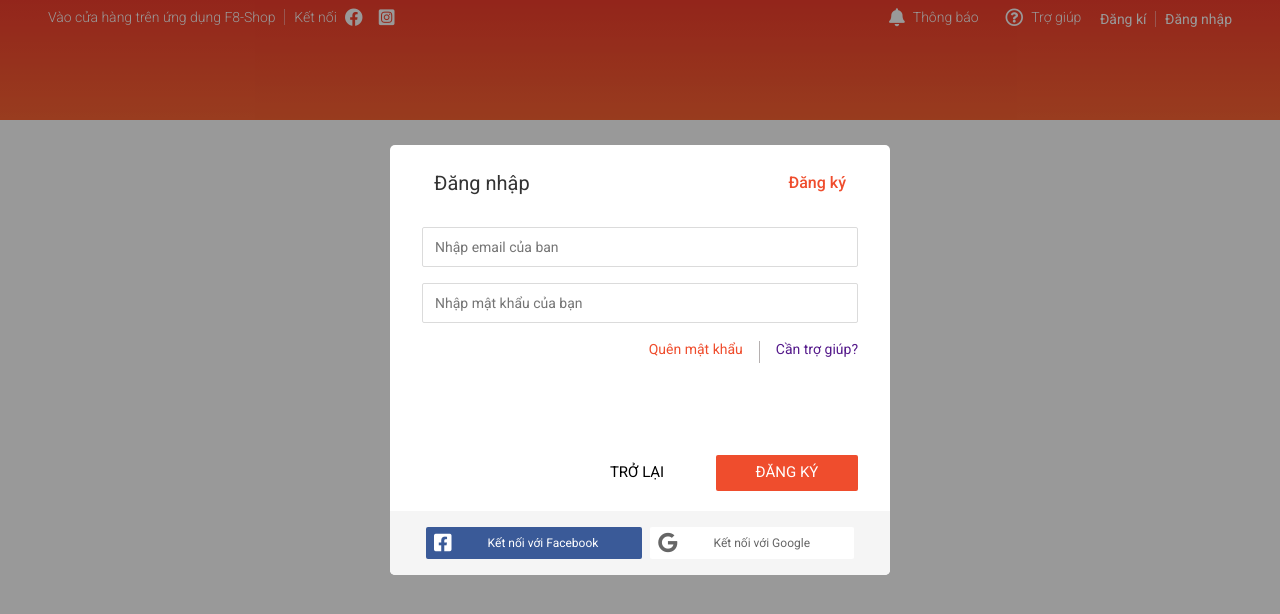
Repository: Phunobita/F8-shop
Page: index.html
These files come from the project's save history. The page is drawn as it stood at one moment and after the next save; the edit follows.
The browser window is 1280 px wide. The pictures show the whole page.

Above is the page before, as saved 2021-11-24 20:53:02.

### index.html
<!DOCTYPE html>
<html lang="en">

<head>
    <meta charset="UTF-8">
    <meta http-equiv="X-UA-Compatible" content="IE=edge">
    <meta name="viewport" content="width=device-width, initial-scale=1.0">
    <link rel="stylesheet" href="https://cdnjs.cloudflare.com/ajax/libs/normalize/8.0.1/normalize.min.css">
    <link rel="stylesheet" href="./assets/css/main.css">
    <link rel="stylesheet" href="./assets/css/base.css">
    <link rel="stylesheet" href="./assets/fonts/fontawesome-free-5.15.4/css/all.min.css">
    <link href="https://fonts.googleapis.com/css2?family=Roboto:wght@300;400;500;700&display=swap" rel="stylesheet">
    <title>F8_Shop</title>
</head>

<body>
    <div class="app">
        <header class="header">
            <div class="grid">
                <nav class="header_navbar">
                    <ul class="header_navbar-list">
                        <li class="header_navbar-item header_navbar-item--has-qr header_navbar-item-separate">
                            Vào cửa hàng trên ứng dụng
                            F8-Shop

                            <!--Header QR-->
                            <div class="header_qr">
                                <img src="./assets/img/QR Code.png" alt="QR_Code" class="header_qr-img">
                                <div class="header_qr-apps">
                                    <a href="" class="header_qr-link">
                                        <img src="./assets/img/ggplay.png" alt="ggplay" class="header_qr-doawload-img">
                                    </a>
                                    <a href="" class="header_qr-link">
                                        <img src="./assets/img/appstore.png" alt="aapstore"
                                            class="header_qr-doawload-img">
                                    </a>
                                </div>
                            </div>
                        </li>
                        <li class="header_navbar-item">
                            <span class="header_navbar-item-title--no-pointer">Kết
                                nối</span>
                            <a href="" class="header_navbar-icon-link">
                                <i class="header_navbar_icon fab fa-facebook"></i>
                                <a href="" class="header_navbar-icon-link">
                                    <i class="header_navbar_icon fab fa-instagram-square"></i>
                                </a>
                        </li>
                    </ul>

                    <ul class="header_navbar-list">
                        <li class="header_navbar-item header_navbar-item--has-notify">
                            <a href="" class="header_navbar-item-link">
                                <i class="header_navbar_icon fas fa-bell"></i>
                                Thông báo
                            </a>

                            <!--Header Notify-->
                            <div class="header_notify">
                                <header class="header_notify-header">
                                    <h3>Thông báo mới nhận
                                    </h3>
                                </header>
                                <ul class="header_notify-list">
                                    <li class="header_notify-item header_notify-item--viewed">
                                        <a href="" class="header_notify-link">
                                            <img src="https://img.abaha.vn/photos/origin/83-1586781803-myphamohui-lgvina.png"
                                                alt="" class="header_notify-img">
                                            <div class="header_notify-info">
                                                <span class="header_notify-name">Set
                                                    kem mắt
                                                    tái sinh
                                                    Ohui The
                                                    First
                                                    Geniture
                                                    Eye
                                                    Cream
                                                    Edition
                                                    Grand
                                                    Blue</span>
                                                <span class="header_notify-description">The
                                                    First
                                                    Geniture
                                                    Eye
                                                    Cream
                                                    Edition
                                                    Grand
                                                    Blue –
                                                    Biểu
                                                    tượng
                                                    của tình
                                                    yêu vĩnh
                                                    cửu</span>
                                            </div>
                                        </a>
                                    </li>
                                    <li class="header_notify-item ">
                                        <a href="" class="header_notify-link">
                                            <img src="https://img.abaha.vn/photos/origin/83-1586781803-myphamohui-lgvina.png"
                                                alt="" class="header_notify-img">
                                            <div class="header_notify-info">
                                                <span class="header_notify-name">Set
                                                    kem mắt
                                                    tái sinh
                                                    Ohui The
                                                    First
                                                    Geniture
                                                    Eye
                                                    Cream
                                                    Edition
                                                    Grand
                                                    Blue</span>
                                                <span class="header_notify-description">The
                                                    First
                                                    Geniture
                                                    Eye
                                                    Cream
                                                    Edition
                                                    Grand
                                                    Blue –
                                                    Biểu
                                                    tượng
                                                    của tình
                                                    yêu vĩnh
                                                    cửu</span>
                                            </div>
                                        </a>
                                    </li>
                                    <li class="header_notify-item header_notify-item--viewed">
                                        <a href="" class="header_notify-link">
                                            <img src="https://img.abaha.vn/photos/origin/83-1586781803-myphamohui-lgvina.png"
                                                alt="" class="header_notify-img">
                                            <div class="header_notify-info">
                                                <span class="header_notify-name">Set
                                                    kem mắt
                                                    tái sinh
                                                    Ohui The
                                                    First
                                                    Geniture
                                                    Eye
                                                    Cream
                                                    Edition
                                                    Grand
                                                    Blue</span>
                                                <span class="header_notify-description">The
                                                    First
                                                    Geniture
                                                    Eye
                                                    Cream
                                                    Edition
                                                    Grand
                                                    Blue –
                                                    Biểu
                                                    tượng
                                                    của tình
                                                    yêu vĩnh
                                                    cửu</span>
                                            </div>
                                        </a>
                                    </li>
                                </ul>
                                <footer class="header_notify-footer">
                                    <a href="" class="header_notify-footer-btn">Xem
                                        tất cả</a>
                                </footer>
                            </div>
                        </li>
                        <li class="header_navbar-item">
                            <a href="" class="header_navbar-item-link">
                                <i class="header_navbar_icon far fa-question-circle"></i>
                                Trợ giúp</a>
                        </li>
                        <li class="header_navbar-item header_navbar-item--strong header_navbar-item-separate">
                            Đăng kí</li>
                        <li class="header_navbar-item header_navbar-item--strong">
                            Đăng nhập</li>
                    </ul>
                </nav>
            </div>

        </header>

        <!--Container-->
        <div class="container">

        </div>

        <!--Footer-->
        <footer class="footer">

        </footer>
    </div>

    <!--Login and resgister-->
    <div class="modal">
        <div class="modal__overlay"></div>
        <div class="modal__body">
            <!--Resgister form-->
            <!-- <div class="auth-form">
                <div class="auth-form__container">
                    <div class="auth-form__header">
                        <h3 class="auth-form__heading">Đăng ký</h3>
                        <span class="auth-form__switch-btn">Đăng nhập</span>
                    </div>
                    <div class="auth-form__form">
                        <div class="auth-form__group">
                            <input type="text" class="auth-form__input" placeholder="Nhập email của ban">
                        </div>

                        <div class="auth-form__group">
                            <input type="password" class="auth-form__input" placeholder="Nhập mật khẩu của bạn">
                        </div>
                        <div class="auth-form__group">
                            <input type="text" class="auth-form__input" placeholder="Nhập lại mật khẩu của ban">
                        </div>
                    </div>

                    <div class="auth-form__aside">
                        <p class="auth-form__policy-text">
                            Bằng việc đăng kí, bạn đã đồng ý với Shopee về
                            <a href="" class="auth-form__text-link">Điểu khoản và dịch vụ</a> &
                            <a href="" class="auth-form__text-link">Chính sách và bảo mật</a>
                        </p>
                    </div>

                    <div class="auth-form__controls">
                        <button class="btn btn-normal auth-form__controls-back">TRỞ LẠI</button>
                        <button class="btn btn--primary">ĐĂNG KÝ</button>
                    </div>
                </div>

                <div class="auth-form__socials">
                    <a href="" class="auth-form__socials--facebook btn btn-size-s btn--with-icon">
                        <i class="auth-form__socials-icon fab fa-facebook-square"></i>
                        <div class="auth-form__socials-title">
                            Kết nối với Facebook
                        </div>
                    </a>
                    <a href="" class="auth-form__socials--google btn btn-size-s btn--with-icon">
                        <i class="auth-form__socials-icon fab fa-google"></i>
                        <div class="auth-form__socials-title">
                            Kết nối với Google
                        </div>
                    </a>
                </div>

            </div>-->


            <!--Login form-->
            <div class="auth-form">
                <div class="auth-form__container">
                    <div class="auth-form__header">
                        <h3 class="auth-form__heading">Đăng nhập</h3>
                        <span class="auth-form__switch-btn">Đăng ký</span>
                    </div>

                    <div class="auth-form__form">
                        <div class="auth-form__group">
                            <input type="text" class="auth-form__input" placeholder="Nhập email của ban">
                        </div>

                        <div class="auth-form__group">
                            <input type="password" class="auth-form__input" placeholder="Nhập mật khẩu của bạn">
                        </div>
                    </div>

                    <div class="auth-form__aside">
                        <div class="auth-form__help">
                            <a href="" class="auth-form__help-link auth-form__help-forgot">Quên mật khẩu</a>
                            <span class="auth-form__help-sperate"></span>
                            <a href="" class="auth-form__help-link">Cần trợ giúp?</a>
                        </div>
                    </div>

                    <div class="auth-form__controls">
                        <button class="btn btn-normal auth-form__controls-back">TRỞ LẠI</button>
                        <button class="btn btn--primary">ĐĂNG KÝ</button>
                    </div>
                </div>

                <div class="auth-form__socials">
                    <a href="" class="auth-form__socials--facebook btn btn-size-s btn--with-icon">
                        <i class="auth-form__socials-icon fab fa-facebook-square"></i>
                        <div class="auth-form__socials-title">
                            Kết nối với Facebook
                        </div>
                    </a>
                    <a href="" class="auth-form__socials--google btn btn-size-s btn--with-icon">
                        <i class="auth-form__socials-icon fab fa-google"></i>
                        <div class="auth-form__socials-title">
                            Kết nối với Google
                        </div>
                    </a>
                </div>

            </div>

        </div>
    </div>
</body>
</htm

### assets/css/main.css
.header {
  height: 120px;
  background-image: linear-gradient(0, #fe6433, #f53e2d);
}
.header_navbar {
  display: flex;
  justify-content: space-between;
}
.header_navbar-list {
  list-style: none;
  padding-left: 0;
  margin-top: 4px;
}

.header_navbar-item {
  margin: 0 8px;
  position: relative;
  min-height: 26px;
}
.header_navbar-item--has-qr:hover .header_qr {
  display: block;
}
.header_navbar-item--has-notify:hover .header_notify {
  display: block;
}
.header_navbar-item,
.header_navbar-item-link {
  display: inline-block;
  font-size: 1.4rem;
  text-decoration: none;
  color: var(--white-color);
  font-weight: 300;
}

.header_navbar-item,
.header_navbar-item-link,
.header_navbar-icon-link {
  display: inline-flex;
  align-items: center;
}
.header_navbar-item:hover,
.header_navbar-item-link:hover,
.header_navbar-icon-link:hover {
  cursor: pointer;
  color: rgba(255, 255, 255, 0.7);
}
.header_navbar-item--strong {
  font-weight: 400;
}
.header_navbar-item-separate::after {
  content: "";
  display: block;
  position: absolute;
  height: 16px;
  border-left: 1px solid #fd9086;
  right: -9px;
  top: 0;
  top: 50%;
  transform: translateY(-50%);
}

.header_navbar-icon-link {
  color: var(--white-color);
  text-decoration: none;
}

.header_navbar_icon {
  font-size: 1.8rem;
  margin: 0 8px;
}
.header_navbar-item-title--no-pointer {
  cursor: text;
  color: var(--white-color);
}

/*Header QR*/
.header_qr {
  background-color: var(--white-color);
  width: 186px;
  position: absolute;
  left: 0;
  top: 118%;
  padding: 8px;
  border-radius: 2px;
  display: none;
  animation: fadeIn ease-in 0.3s;
}
.header_qr::before {
  content: "";
  position: absolute;
  left: 0;
  top: -16px;
  width: 100%;
  height: 20px;
  display: block;
}
.header_qr-img {
  width: 100%;
}
.header_qr-apps {
  display: flex;
  justify-content: space-between;
}
.header_qr-link:nth-child(1) {
  margin-left: 11px;
}
.header_qr-link:nth-child(2) {
  margin-right: 11px;
}
.header_qr-doawload-img {
  height: 16px;
}

/*Header Notify*/
.header_notify {
  position: absolute;
  top: 118%;
  right: 0;
  width: 404px;
  border: 1px solid #d3d3d3;
  background-color: var(--white-color);
  cursor: text;
  user-select: none;
  transform-origin: calc(100%-20px) top;
  will-change: opacity transform;
  animation: headerNotifyGrow ease-in 0.2s;
  border-radius: 2px;
  display: none;
}
.header_notify::before {
  content: "";
  border-width: 20px 26px;
  border-style: solid;
  border-color: transparent transparent var(--white-color) transparent;
  position: absolute;
  top: -29px;
  right: 4px;
}
.header_notify::after {
  content: "";
  position: absolute;
  display: block;
  width: 90px;
  height: 20px;
  right: 0;
  top: -10px;
}
@keyframes headerNotifyGrow {
  from {
    opacity: 0;
    transform: scale(0);
  }
  to {
    opacity: 1;
    transform: scale(1);
  }
}
.header_notify-header {
  height: 40px;
  background-color: var(--white-color);
}
.header_notify-header h3 {
  color: #999;
  margin: 0 0 0 12px;
  font-weight: 400;
  font-size: 1.4rem;
  line-height: 40px;
}
.header_notify-list {
  padding-left: 0;
}
.header_notify-item {
  display: flex;
}
.header_notify-item:hover {
  background-color: #f7f7f7;
}
.header_notify-item--viewed {
  background-color: rgba(239, 77, 45, 0.08);
}

.header_notify-link {
  display: flex;
  padding: 12px 12px;
  width: 100%;
  text-decoration: none;
}
.header_notify-img {
  width: 48px;
  object-fit: contain;
}
.header_notify-info {
  margin-left: 12px;
}
.header_notify-name {
  display: block;
  line-height: 1.8rem;
  font-size: 1.4rem;
  color: var(--back-color);
  font-weight: 400;
}
.header_notify-description {
  display: block;
  line-height: 1.4rem;
  font-size: 1.2rem;
  color: #756f6e;
  margin-top: 4px;
}

.header_notify-footer {
  display: flex;
}
.header_notify-footer-btn {
  text-decoration: none;
  padding: 8px 48px;
  color: var(--text-color);
  margin: auto;
  font-size: 1.4rem;
  font-weight: 400;
}

/* Form login */
.auth-form {
  width: 500px;
  border-radius: 5px;
  overflow: hidden;
  background-color: var(--white-color);
}

.auth-form__container {
  padding: 0 32px;
}
.auth-form__header {
  display: flex;
  align-items: center;
  justify-content: space-between;
  padding: 0 12px;
  margin-top: 10px;
}
.auth-form__heading {
  font-size: 2rem;
  font-weight: 400;
  color: var(--text-color);
}
.auth-form__switch-btn {
  font-size: 1.6rem;
  color: var(--primary-color);
  font-weight: 500;
  cursor: pointer;
}
.auth-form__form {
}
.auth-form__input {
  height: 40px;
  width: 100%;
  margin-top: 16px;
  padding: 0 12px;
  font-size: 1.4rem;
  border: 1px solid var(--border-color);
  border-radius: 2px;
  outline: none;
}
.auth-form__input:focus {
  border-color: #888;
}
.auth-form__aside {
  margin-top: 18px;
}
.auth-form__policy-text {
  font-size: 1.2rem;
  line-height: 1.8rem;
  text-align: center;
}
.auth-form__text-link {
  color: var(--primary-color);
  text-decoration: none;
}
.auth-form__controls {
  margin-top: 80px;
  display: flex;
  justify-content: flex-end;
}
.auth-form__controls-back {
  margin-right: 8px;
  background-color: var(--white-color);
}
.auth-form__socials {
  background-color: #f5f5f5;
  padding: 16px 36px;
  display: flex;
  justify-content: space-between;
  margin-top: 20px;
}
.auth-form__socials-icon {
  font-size: 2rem;
}
.auth-form__socials--facebook {
  color: var(--white-color);
  background-color: #3a5a98;
}
.auth-form__socials--facebook.auth-form__socials-icon {
  color: var(--white-color);
}
.auth-form__socials-title {
  margin: 0 36px;
}
.auth-form__socials--google {
  color: #666;
  background-color: var(--white-color);
}
.auth-form__help {
  display: flex;
  justify-content: flex-end;
}
.auth-form__help-link {
  font-size: 1.4rem;
  text-decoration: none;
}
.auth-form__help-forgot {
  color: var(--primary-color);
}
.auth-form__help-sperate {
  display: block;
  height: 22px;
  border-left: 1px solid rgb(181, 176, 176);
  margin: 0 16px 12px 16px;
}

### assets/css/base.css
:root {
  --primary-color: #ef4d2d;
  --white-color: #fff;
  --back-color: #000;
  --text-color: #333;
  --border-color: #dbdbdb;
}
* {
  box-sizing: inherit;
}
html {
  /*Hack*/
  font-size: 62.5%;
  line-height: 1.6rem;
  font-family: "Roboto", sans-serif;
  box-sizing: border-box;
}
.grid {
  width: 1200px;
  max-width: 100%;
  margin: 0 auto;
}

.grid_full_width {
  width: 100%;
}

.grid_row {
  display: flex;
  flex-wrap: wrap;
}

/*Animation*/
@keyframes fadeIn {
  from {
    opacity: 0;
  }
  to {
    opacity: 1;
  }
}

/* Modal layout */
.modal {
  position: fixed;
  top: 0;
  right: 0;
  bottom: 0;
  left: 0;
  display: flex;
}
.modal__overlay {
  position: absolute;
  width: 100%;
  height: 100%;
  background-color: rgba(0, 0, 0, 0.4);
}
.modal__body {
  position: relative;
  margin: auto;
  z-index: 1;
}
.modal__inner {
}

.btn {
  min-width: 142px;
  height: 36px;
  text-decoration: none;
  border: none;
  border-radius: 2px;
  font-size: 1.5rem;
  padding: 0 12px;
  outline: none;
  cursor: pointer;
  display: flex;
  align-items: center;
  justify-content: center;
}
.btn.btn-normal:hover {
  background-color: rgba(0, 0, 0, 0.05);
}
.btn-size-s {
  height: 32px;
  font-size: 1.2rem;
  padding: 0 8px;
}
.btn.btn--primary {
  color: var(--white-color);
  background-color: var(--primary-color);
}
.btn.btn--disable {
  color: #949494;
  cursor: default;
  background-color: #999;
}

Loaded but not shown: assets/fonts/fontawesome-free-5.15.4/css/all.min.css (library)

After the next save:
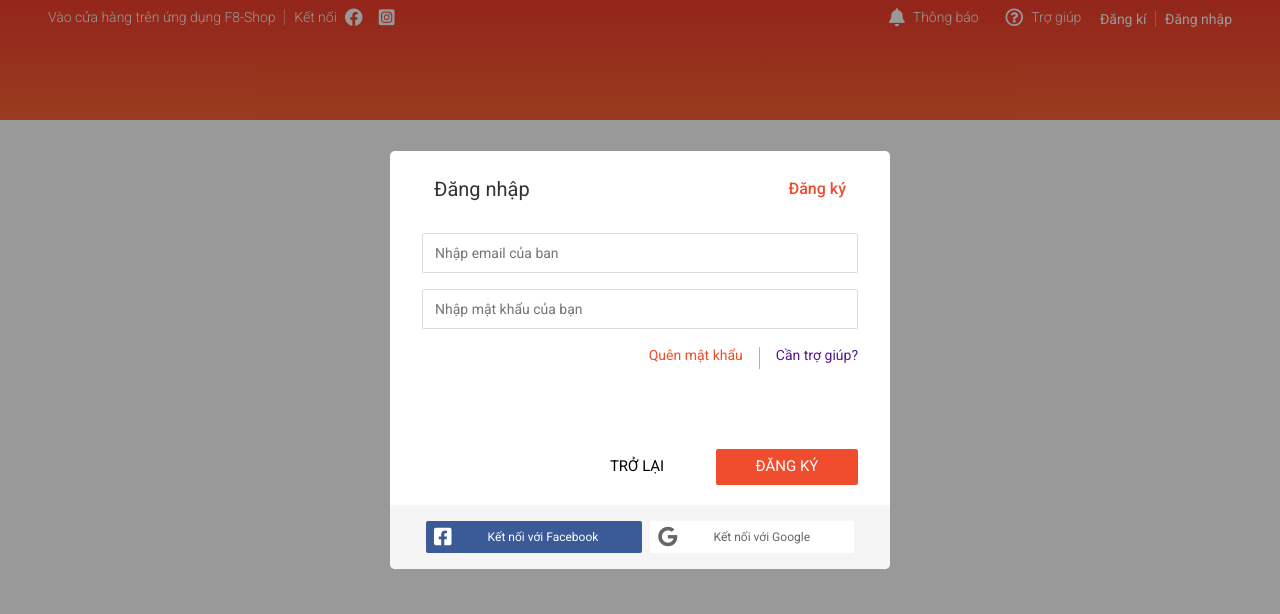
Saved 95 s later.
--- a/assets/css/main.css
+++ b/assets/css/main.css
@@ -323,5 +323,5 @@
   display: block;
   height: 22px;
   border-left: 1px solid rgb(181, 176, 176);
-  margin: 0 16px 12px 16px;
-}
+  margin: 0 16px;
+}
